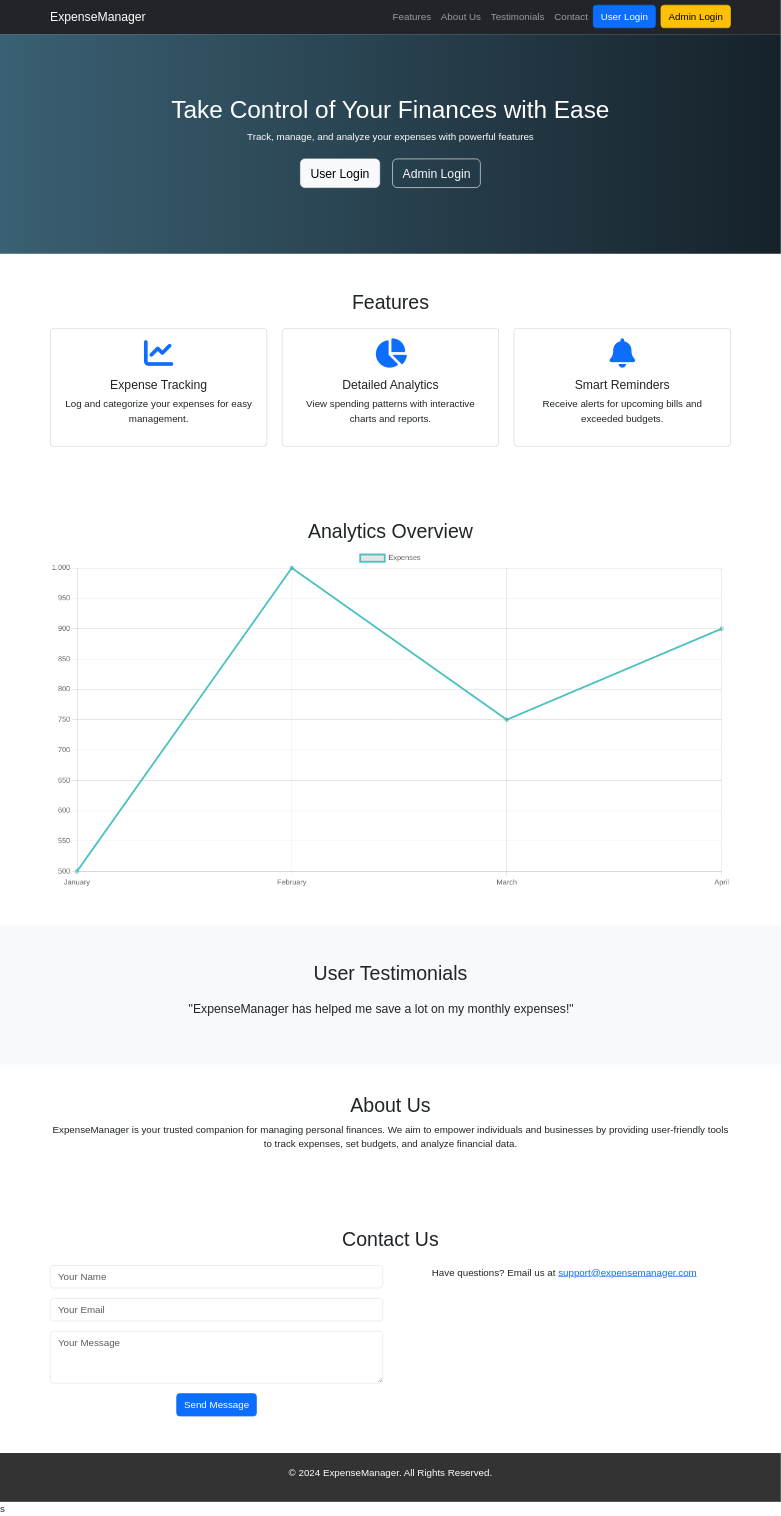
Repository: omlokhande1212/Expense-management
Page: expense/Demo/src/main/webapp/Index.html
An editor plug-in stored every save of this project. The page is shown before and after the next save, followed by the edit.
The browser window is 1280 px wide. The pictures show the whole page, at 61% of full size.

Above is the page before, as saved 2024-11-24 05:42:49.

After the next save:
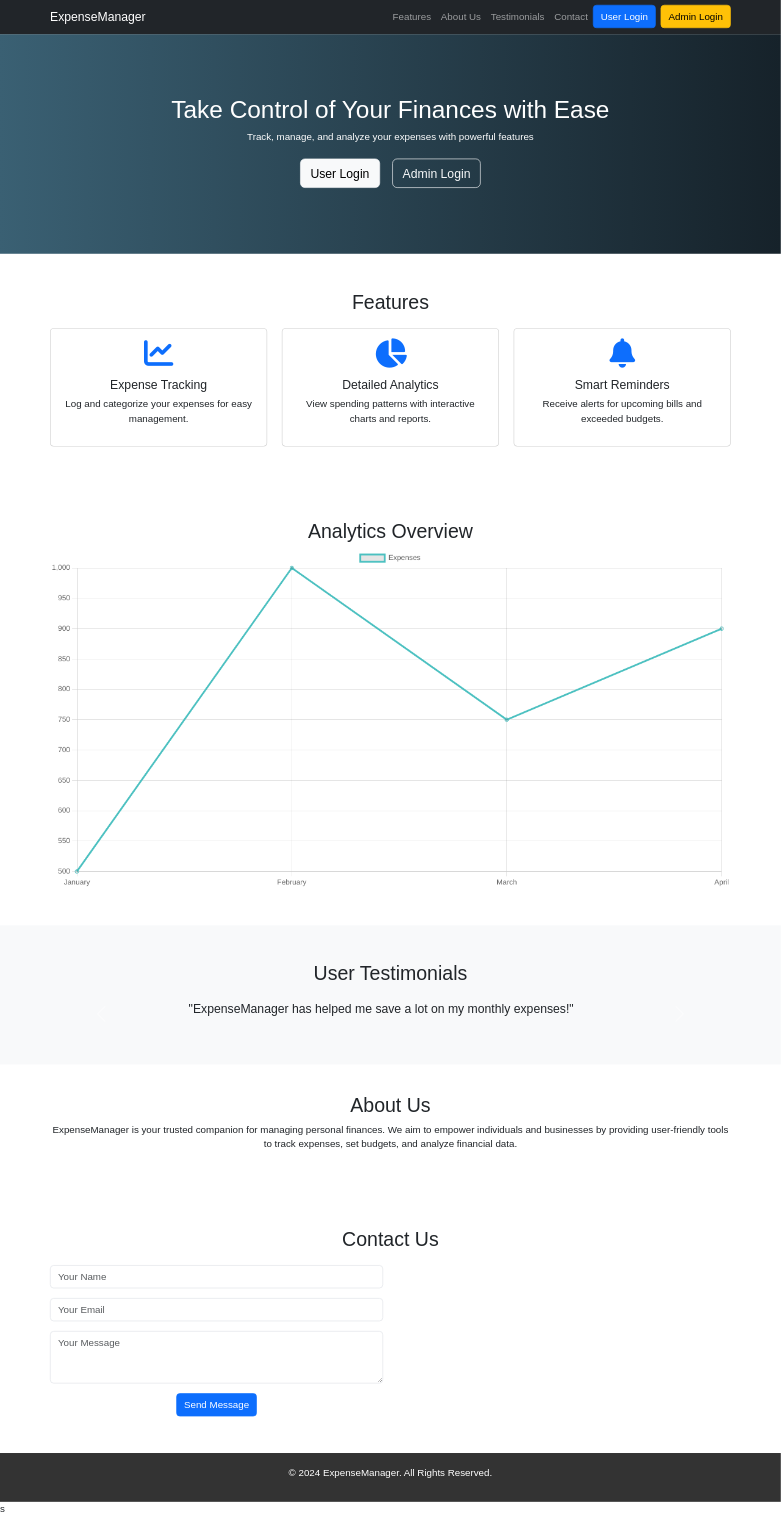
Saved 86 s later.
--- a/expense/Demo/src/main/webapp/Index.html
+++ b/expense/Demo/src/main/webapp/Index.html
@@ -145,9 +145,7 @@
                         <button type="submit" class="btn btn-primary">Send Message</button>
                     </form>
                 </div>
-                <div class="col-md-6">
-                    <p>Have questions? Email us at <a href="mailto:support@expensemanager.com">support@expensemanager.com</a></p>
-                </div>
+
             </div>
         </div>
     </section>
